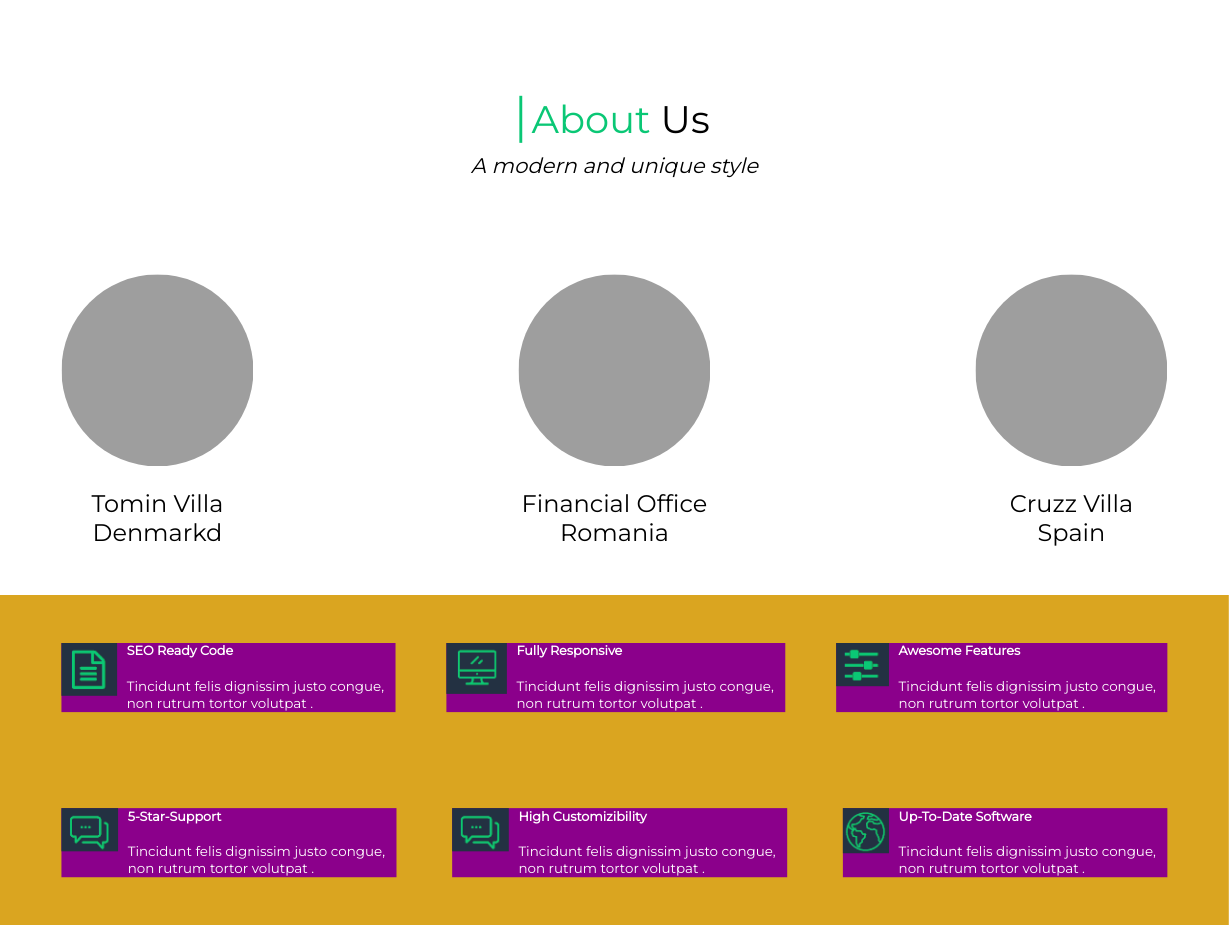
Repository: Yowani24/Real-Estate2
Page: index.html
An editor plug-in stored every save of this project. The page is shown before and after the next save, followed by the edit.
The browser window is 1280 px wide. The pictures show the part of the page from y = 755 to 1763 px (the page is 1719 px tall before and 1763 px after), at 96% of full size.
Pictures or frames that could not be fetched are drawn as grey boxes. Some web fonts or font styles are not loaded; a fallback is used.

Above is the page before, as saved 2021-08-27 14:32:11.

### index.html
<!DOCTYPE html>
<html lang="en">
<head>
    <meta charset="UTF-8">
    <meta http-equiv="X-UA-Compatible" content="IE=edge">
    <meta name="viewport" content="width=device-width, initial-scale=1.0">
    <title>Real State</title>
    <link rel="stylesheet" href="styles.css">

    <!-- ============FONT-FAMILY============== -->
    <link rel="preconnect" href="https://fonts.googleapis.com">
    <link rel="preconnect" href="https://fonts.gstatic.com" crossorigin>
    <link href="https://fonts.googleapis.com/css2?family=Montserrat&family=Rozha+One&display=swap" rel="stylesheet">

    <!-- ======================VUELS CDN=================== -->
    <script src="https://cdn.jsdelivr.net/npm/vue@2"></script>

</head>
<body>
    <Header>
        <div class="interface_wrapper header_wrapper">
            <div class="logo_box">
                <img src="/images/realLogo.png" alt="">
                <p><span>Real</span> Estate</p>
            </div>

            <div class="menu">
                <nav>
                    <ul>
                        <li><a href="#">Home</a></li>
                        <li><a href="#">About</a></li>
                        <li><a href="#">Agents</a></li>
                        <li><a href="#">Price</a></li>
                        <li><a href="#">Blog</a></li>
                    </ul>
                </nav>
            </div>
        </div>
    </Header>

    <section class="showcase_sec">
        <div class="interface_wrapper showcase">
            <p>Give Life For Your <br/>Dream <span>Home</span></p>
            <p>Always on the lookout for the hi-tech advancements.  Build not only a product that can sell well, but a platform through which to deliver it.</p>

            <div class="btns_box">
                <button>Read more</button>
                <button>Contact Us</button>
            </div>
        </div>
    </section>

    <section class="about_us_sec">
        <div class="interface_wrapper about_us">
            <p><span>About</span> Us</p>
            <p>A modern and unique style </p>

            <div id="app">
                <div v-for="item in items">
                    <img :src="item.ima" alt="">
                    <p>{{item.desc}}</p>
                </div>
            </div>
        </div>
    </section>

    <section class="services_sec">
        <div id="services" class="interface_wrapper services">
            <div class="services_box" v-for="item in items">
                <img :src="item.ima" alt="">
                <div>
                    <h5>{{item.titulo}}</h5>
                    <p>{{item.desc}}</p>
                </div>
            </div>
        </div>
    </section>

    <script>
        var app = new Vue({
            el: '#app',
            data: {
                items: [
                    {ima:'https://images.unsplash.com/photo-1583231684537-bd79dc887244?ixlib=rb-1.2.1&ixid=MnwxMjA3fDB8MHxwaG90by1yZWxhdGVkfDZ8fHxlbnwwfHx8fA%3D%3D&auto=format&fit=crop&w=500&q=60', desc:'Tomin Villa Denmarkd'},
                    {ima:'https://images.unsplash.com/photo-1613490493576-7fde63acd811?ixlib=rb-1.2.1&ixid=MnwxMjA3fDB8MHxwaG90by1yZWxhdGVkfDV8fHxlbnwwfHx8fA%3D%3D&auto=format&fit=crop&w=500&q=60', desc:'Financial Office Romania'},
                    {ima:'https://images.unsplash.com/photo-1416331108676-a22ccb276e35?ixlib=rb-1.2.1&ixid=MnwxMjA3fDB8MHxwaG90by1yZWxhdGVkfDJ8fHxlbnwwfHx8fA%3D%3D&auto=format&fit=crop&w=500&q=60', desc:'Cruzz Villa Spain'},
                ]
            }
        });

        var app = new Vue({
            el: '#services',
            data: {
                items: [
                    {ima:'/images/SEO_Ready_Code.png', titulo:'SEO Ready Code', desc:'Tincidunt felis dignissim justo congue, non rutrum tortor volutpat .'},
                    {ima:'/images/Fully_Responsive.png', titulo:'Fully Responsive', desc:'Tincidunt felis dignissim justo congue, non rutrum tortor volutpat .'},
                    {ima:'/images/Awesome_Features.png', titulo:'Awesome Features', desc:'Tincidunt felis dignissim justo congue, non rutrum tortor volutpat .'},
                    {ima:'/images/5-Star-Support.png', titulo:'5-Star-Support', desc:'Tincidunt felis dignissim justo congue, non rutrum tortor volutpat .'},
                    {ima:'/images/5-Star-Support.png', titulo:'High Customizibility', desc:'Tincidunt felis dignissim justo congue, non rutrum tortor volutpat .'},
                    {ima:'/images/Up-To-Date Software.png', titulo:'Up-To-Date Software', desc:'Tincidunt felis dignissim justo congue, non rutrum tortor volutpat .'},

                ]
            }
        });

    </script>
</body>
</html>

### styles.css
*{
    margin: 0;
}

body{
    padding: 0;
    top: 0;
    left: 0;
    font-family: 'Montserrat', sans-serif;
}
.interface_wrapper{
    width: 90%;
    margin: 0 auto;
}

/* ======================HEADER======================= */
Header{
    background: rgb(5, 70, 66);
    color: #FFFFFF;
    padding: 10px 0;

}
.header_wrapper{
    display: flex;
    justify-content: space-between;
    align-items:center;
}
.logo_box{
    display: flex;
    align-items: center;
}
.logo_box p{
    font-size: 40px;
    font-weight: 400;
    font-family: 'Rozha One', serif;

}
.logo_box span{
    color: rgb(10, 199, 117);
}
Header .menu nav ul{
    display: flex;
    padding: 0;
}
Header .menu nav li{
    list-style: none;
    margin: 0 20px;
}
Header .menu nav a{
    text-decoration: none;
    color: #FFFFFF;
    font-size: 19px;

}

/* ======================SHOWCASE_SECTION======================= */
.showcase_sec{
    padding-top: 150px;
    padding-bottom: 100px;
    background-image: url('https://images.unsplash.com/photo-1544890603-cf0ce2d65561?ixlib=rb-1.2.1&ixid=MnwxMjA3fDB8MHxwaG90by1wYWdlfHx8fGVufDB8fHx8&auto=format&fit=crop&w=750&q=80');
    background-repeat: no-repeat;
    background-position: center;
    background-size: cover;
}
.showcase p:nth-child(1) {
    font-size: 85px;
    font-family: 'Rozha One', serif;
    width: 800px;
    border-left: 3px solid rgb(10, 199, 117);
    padding-left: 10px;
    line-height: 1;
    margin: 0 auto;
    color: #FFFFFF;

}
.showcase p:nth-child(1) span {
    color: rgb(10, 199, 117);
}

.showcase p:nth-child(2) {
    font-size: 16px;
    color: rgb(255, 255, 255);
    width: 650px;
    line-height: 2;
    margin-top: 75px;
}

.btns_box{
    margin-top: 40px;
}
.btns_box button {
    border: 2px solid rgb(10, 199, 117);
    padding: 0 45px;
    height: 55px;
    font-size: 16px;
    border-radius: 50px;
    font-weight: 500;
    color: #FFFFFF;
    line-height: 19px;
    cursor: pointer;
}

.btns_box button:nth-child(1) {
    background: rgb(10, 199, 117);
}
.showcase button:nth-child(2) {
    color:#FFFFFF;
    margin-left: 10px;
    background: none;
}


/* ======================ABOUT US======================= */
.about_us_sec{
    padding-bottom: 50px;
}
.about_us {
    display: flex;
    flex-direction: column;
}
.about_us p:nth-child(1) {
    font-size: 40px;
    border-left: 3px solid rgb(10, 199, 117);
    padding-left: 10px;
    margin: 0 auto;
    margin-top: 100px;
    margin-bottom: 10px;

}
.about_us p:nth-child(1) span {
    color: rgb(10, 199, 117);
}

.about_us p:nth-child(2) {
    font-size: 22px;
    font-style: italic;
    text-align: center;
    margin-bottom: 100px;
}

#app{
    display: flex;
    align-items: center;
    justify-content: space-between;
    width: 100%;
}
#app img{
    width: 200px;
    height: 200px;
    border-radius:100%;
}
#app p{
    text-align: center;
    font-size: 25px;
    width: 200px;
    margin: 0 auto;
    margin-top: 20px;
    font-style: normal;
}


/* ======================SERVICES======================= */

.services_sec{
    background: goldenrod;
    color: rgb(255, 255, 255);
}
.services{
    display: flex;
    flex-wrap: wrap;
    justify-content: space-between;
}
.services_box{
    display: flex;
    background: darkmagenta;
    margin: 50px 0;
    align-items: flex-start;
}
.services_box img{
    margin-right: 10px;
}
.services_box p{
    font-size: 30px;
}
.services_box p{
    font-size: 14px;
    width: 280px;
    margin-top: 20px;
}

After the next save:
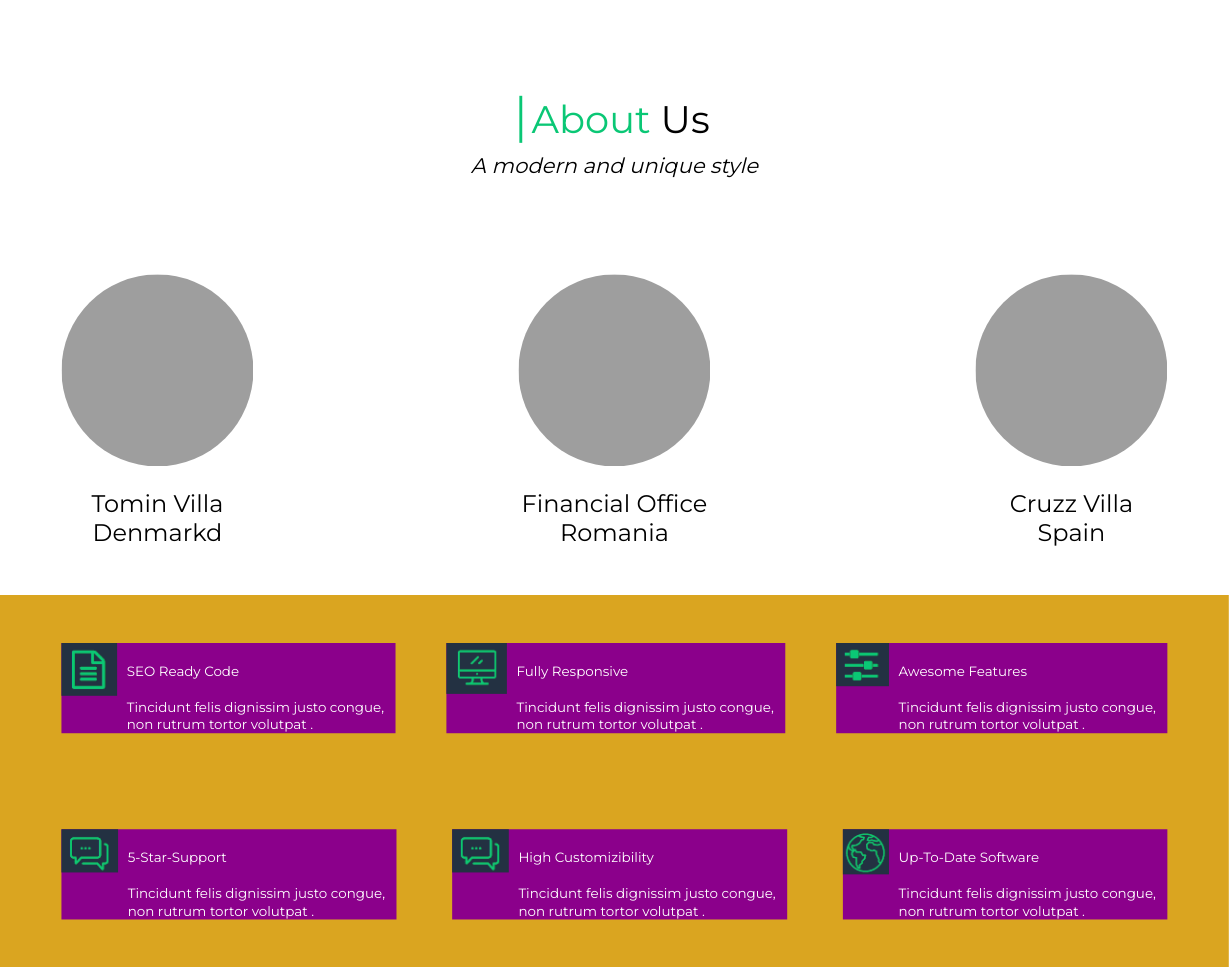
Saved 10 s later.
--- a/index.html
+++ b/index.html
@@ -69,7 +69,7 @@
             <div class="services_box" v-for="item in items">
                 <img :src="item.ima" alt="">
                 <div>
-                    <h5>{{item.titulo}}</h5>
+                    <p>{{item.titulo}}</p>
                     <p>{{item.desc}}</p>
                 </div>
             </div>
